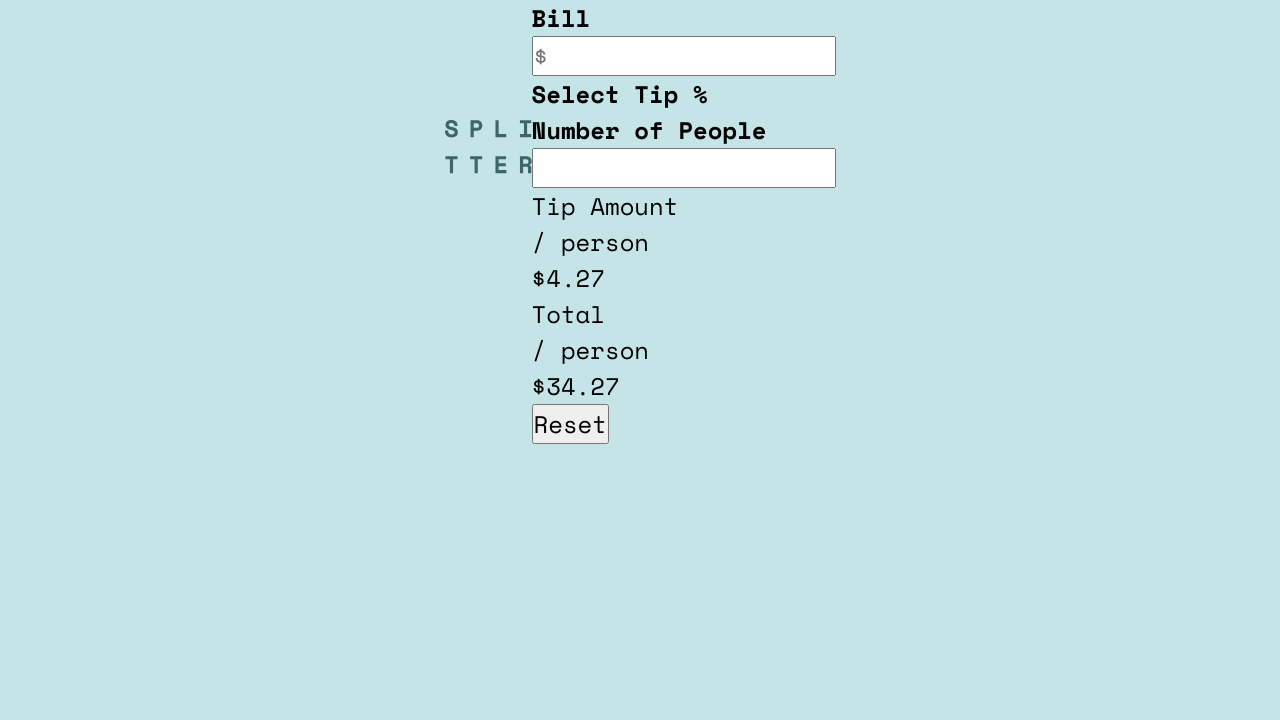
Repository: tomas938/tipcalculator
Page: /
An editor plug-in stored every save of this project. The page is shown before and after the next save, followed by the edit.
The browser window is 1280 px wide. The pictures show the whole page.
The project was rebuilt for these pictures with package versions that can differ from the ones it lists, and the page was loaded fresh each time.

Above is the page before, as saved 2021-08-03 21:54:07.

After the next save:
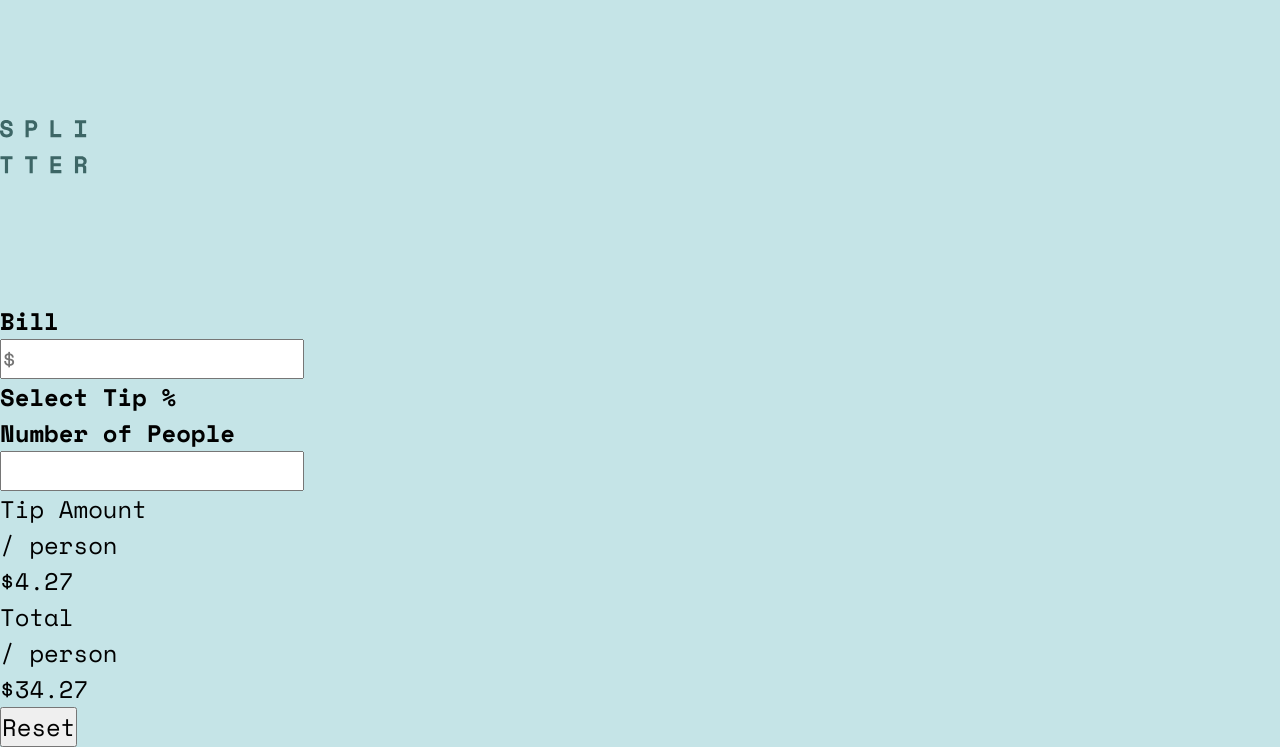
Saved 18 s later.
--- a/src/views/Home.vue
+++ b/src/views/Home.vue
@@ -13,9 +13,4 @@ export default {
 	},
 };
 </script>
-<style lang="scss" scoped>
-.logo {
-	display: flex;
-	justify-content: center;
-}
-</style>
+<style lang="scss" scoped></style>
